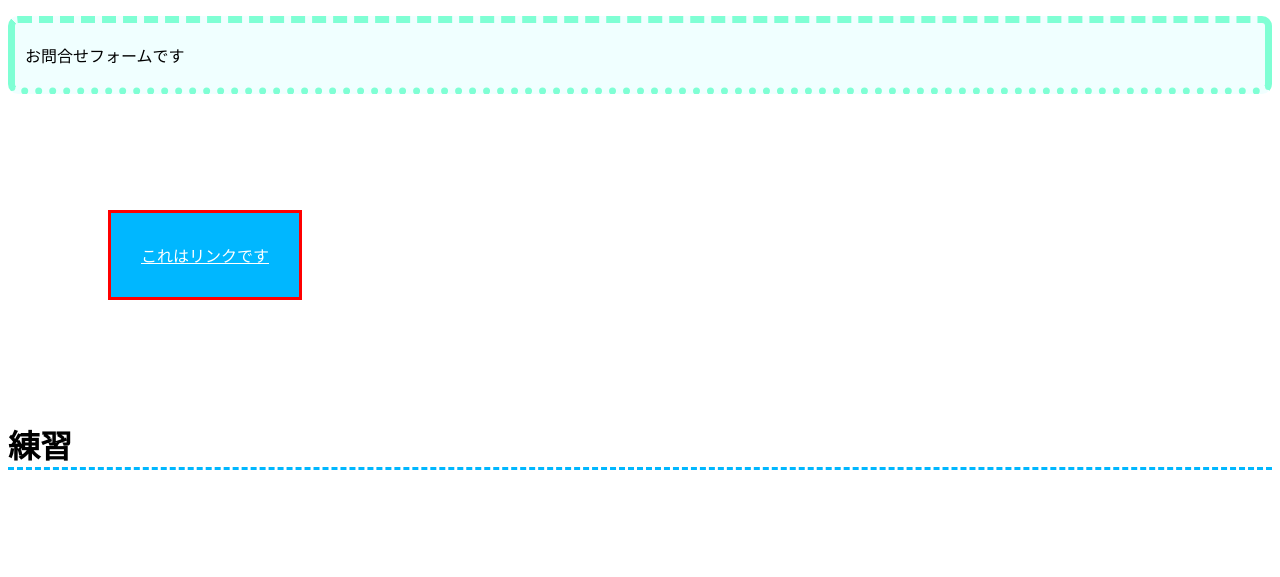
Repository: Jutta197/frontend726
Page: css_ex/box_model/index.html
These files come from the project's save history. The page is drawn as it stood at one moment and after the next save; the edit follows.
The browser window is 1280 px wide. The pictures show the whole page.

Above is the page before, as saved 2023-07-28 15:20:12.

After the next save:
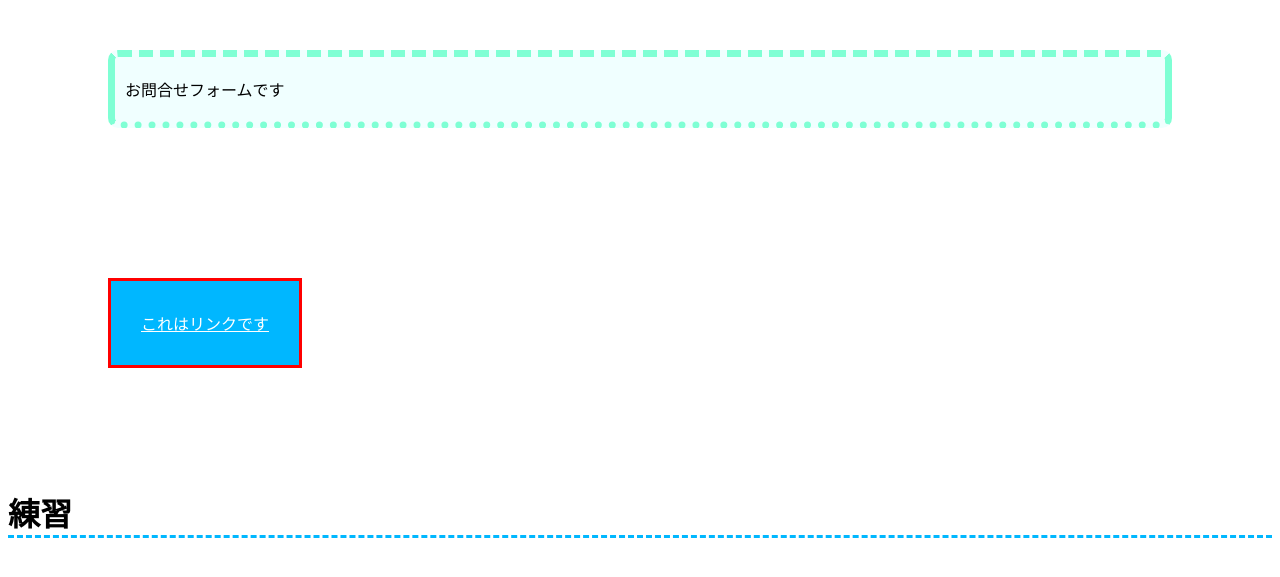
Saved 8 min 25 s later.
--- a/css_ex/box_model/style.css
+++ b/css_ex/box_model/style.css
@@ -15,6 +15,7 @@ p {
     border-radius: 10px;
     padding: 20px 10px;
     background-color: azure;
+    margin: 50px 100px;
 }
 
 h1 {

After the save that followed:
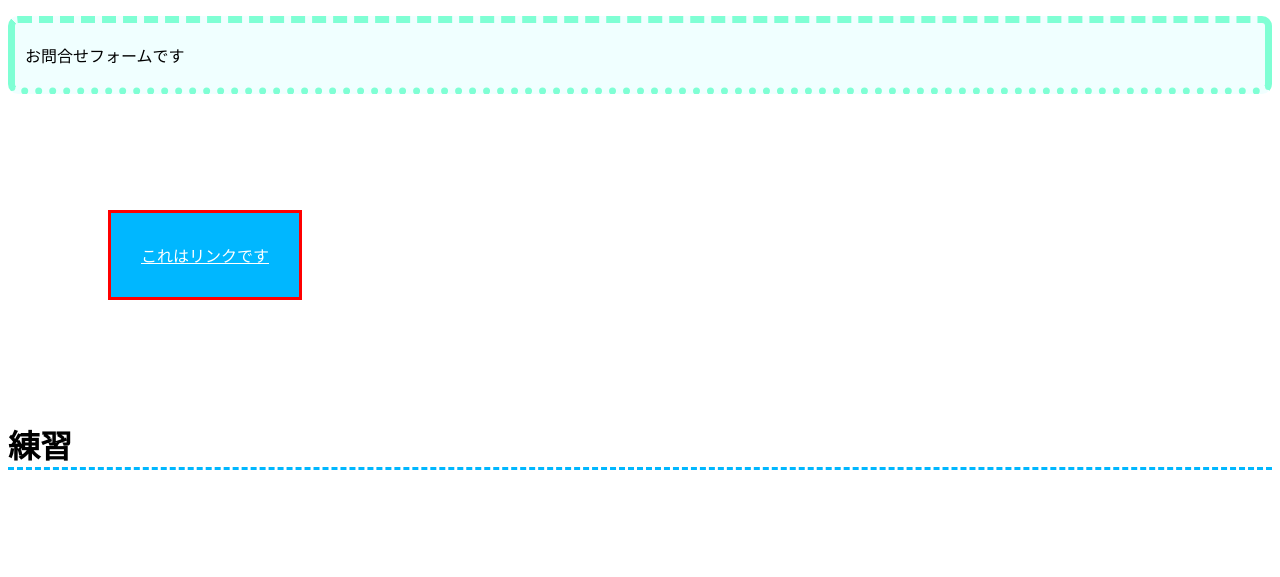
Saved 11 s later.
--- a/css_ex/box_model/style.css
+++ b/css_ex/box_model/style.css
@@ -15,7 +15,7 @@ p {
     border-radius: 10px;
     padding: 20px 10px;
     background-color: azure;
-    margin: 50px 100px;
+    /* margin: 50px 100px; */
 }
 
 h1 {
